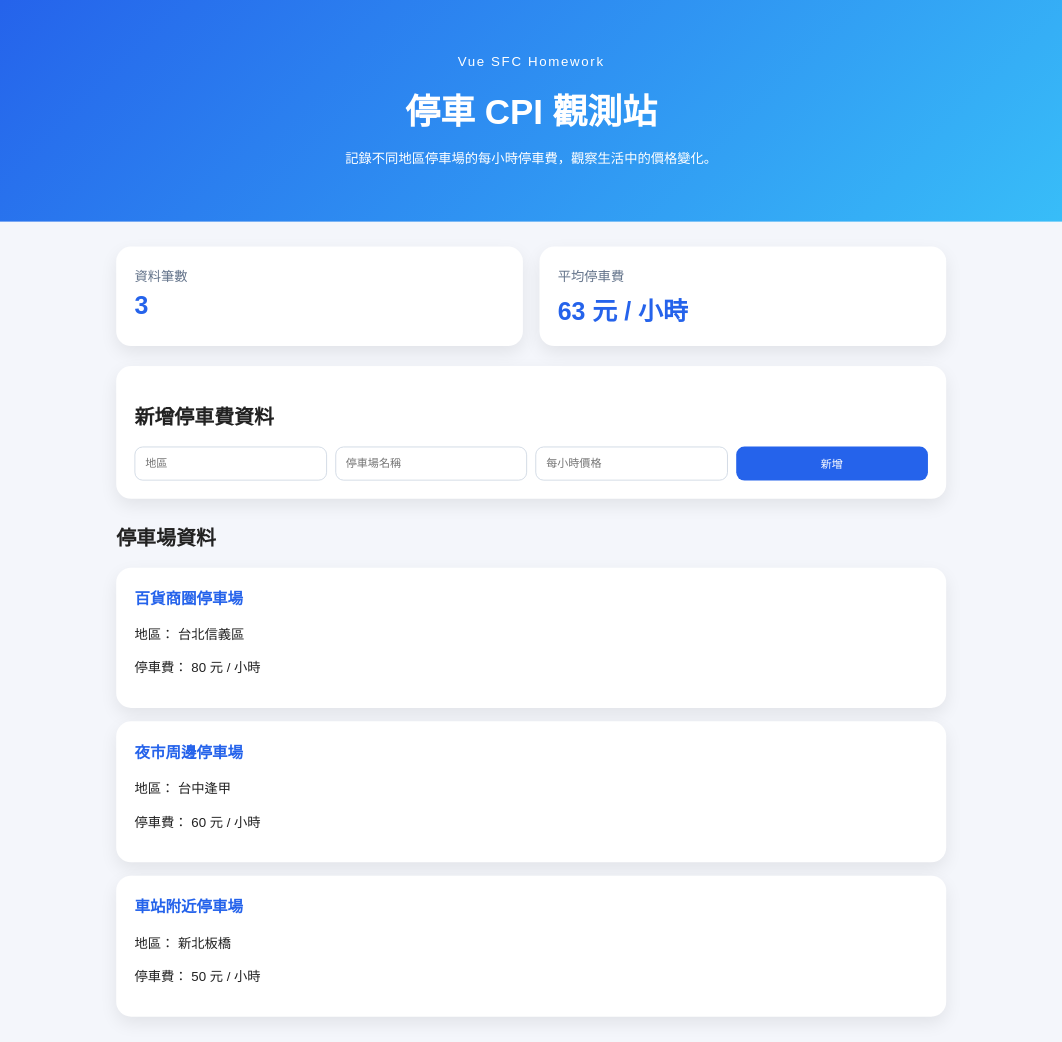
Repository: stewie0901/parking-cpi
Page: /
The author's editor kept a copy of each file at every save. The page is drawn from the files as they stood at one save, then again after the next save.
The browser window is 1280 px wide. The pictures show the whole page, at 83% of full size.
The project was rebuilt for these pictures with package versions that can differ from the ones it lists, and the page was loaded fresh each time. Also part of the build but not shown: vite.config.js.

Above is the page before, as saved 2026-06-04 15:05:38.

### index.html
<!doctype html>
<html lang="en">
  <head>
    <meta charset="UTF-8" />
    <link rel="icon" type="image/svg+xml" href="/favicon.svg" />
    <meta name="viewport" content="width=device-width, initial-scale=1.0" />
    <title>parking-cpi</title>
  </head>
  <body>
    <div id="app"></div>
    <script type="module" src="/src/main.js"></script>
  </body>
</html>

### src/style.css
body {
  margin: 0;
  font-family: "Microsoft JhengHei", Arial, sans-serif;
  background: #f4f6fb;
  color: #222;
}

.hero {
  text-align: center;
  padding: 50px 20px;
  background: linear-gradient(135deg, #2563eb, #38bdf8);
  color: white;
}

.hero h1 {
  font-size: 42px;
  margin: 10px 0;
}

.tag {
  letter-spacing: 2px;
}

.container {
  width: min(1000px, 92%);
  margin: 30px auto;
}

.summary {
  display: flex;
  gap: 20px;
  margin-bottom: 24px;
}

.summary div,
.form-box,
.card {
  background: white;
  border-radius: 18px;
  padding: 22px;
  box-shadow: 0 8px 20px rgba(0, 0, 0, 0.08);
}

.summary div {
  flex: 1;
}

.summary p {
  color: #64748b;
  margin: 0 0 8px;
}

.summary strong {
  font-size: 30px;
  color: #2563eb;
}

.form-box {
  margin-bottom: 28px;
}

form {
  display: grid;
  grid-template-columns: repeat(4, 1fr);
  gap: 10px;
}

input {
  padding: 12px;
  border: 1px solid #cbd5e1;
  border-radius: 10px;
}

button {
  border: none;
  border-radius: 10px;
  background: #2563eb;
  color: white;
  cursor: pointer;
}

button:hover {
  background: #1d4ed8;
}

.card {
  margin-bottom: 16px;
}

.card h3 {
  margin-top: 0;
  color: #2563eb;
}

@media (max-width: 700px) {
  .summary,
  form {
    flex-direction: column;
    display: flex;
  }
}

### src/App.vue
<script setup>
import { ref, computed } from 'vue'
import HeaderBanner from './components/HeaderBanner.vue'
import SummaryBox from './components/SummaryBox.vue'
import PriceCard from './components/PriceCard.vue'
import PriceForm from './components/PriceForm.vue'

const parkingList = ref([
  { id: 1, area: '台北信義區', place: '百貨商圈停車場', price: 80 },
  { id: 2, area: '台中逢甲', place: '夜市周邊停車場', price: 60 },
  { id: 3, area: '新北板橋', place: '車站附近停車場', price: 50 }
])

const averagePrice = computed(() => {
  const total = parkingList.value.reduce((sum, item) => sum + item.price, 0)
  return Math.round(total / parkingList.value.length)
})

function addParking(newParking) {
  parkingList.value.push(newParking)
}
</script>

<template>
  <HeaderBanner />

  <main class="container">
    <SummaryBox
      :total-count="parkingList.length"
      :average-price="averagePrice"
    />

    <PriceForm @add-parking="addParking" />

    <h2>停車場資料</h2>

    <PriceCard
      v-for="item in parkingList"
      :key="item.id"
      :parking="item"
    />
  </main>
</template>

### src/components/HeaderBanner.vue
<template>
  <header class="hero">
    <p class="tag">Vue SFC Homework</p>
    <h1>停車 CPI 觀測站</h1>
    <p>
      記錄不同地區停車場的每小時停車費，觀察生活中的價格變化。
    </p>
  </header>
</template>

### src/components/SummaryBox.vue
<script setup>
defineProps({
  totalCount: Number,
  averagePrice: Number
})
</script>

<template>
  <section class="summary">
    <div>
      <p>資料筆數</p>
      <strong>{{ totalCount }}</strong>
    </div>

    <div>
      <p>平均停車費</p>
      <strong>{{ averagePrice }} 元 / 小時</strong>
    </div>
  </section>
</template>

### src/components/PriceCard.vue
<script setup>
defineProps({
  parking: Object
})
</script>

<template>
  <div class="card">
    <h3>{{ parking.place }}</h3>

    <p>
      地區：
      {{ parking.area }}
    </p>

    <p>
      停車費：
      {{ parking.price }} 元 / 小時
    </p>
  </div>
</template>

### src/components/PriceForm.vue
<script setup>
import { ref } from 'vue'

const emit = defineEmits(['add-parking'])

const area = ref('')
const place = ref('')
const price = ref('')

function submitForm() {
  if (!area.value || !place.value || !price.value) {
    alert('請填完整資料')
    return
  }

  emit('add-parking', {
    id: Date.now(),
    area: area.value,
    place: place.value,
    price: Number(price.value)
  })

  area.value = ''
  place.value = ''
  price.value = ''
}
</script>

<template>
  <section class="form-box">
    <h2>新增停車費資料</h2>

    <form @submit.prevent="submitForm">
      <input v-model="area" type="text" placeholder="地區" />
      <input v-model="place" type="text" placeholder="停車場名稱" />
      <input v-model="price" type="number" placeholder="每小時價格" />

      <button type="submit">新增</button>
    </form>
  </section>
</template>

### src/components/FooterInfo.vue
<template>
  <footer class="footer">
    <p>
      停車 CPI 觀測站 | Vue SFC Homework
    </p>

    <p>
      作者：黃子薇
    </p>
  </footer>
</template>

Loaded but not shown: src/main.js (common file)

After the next save:
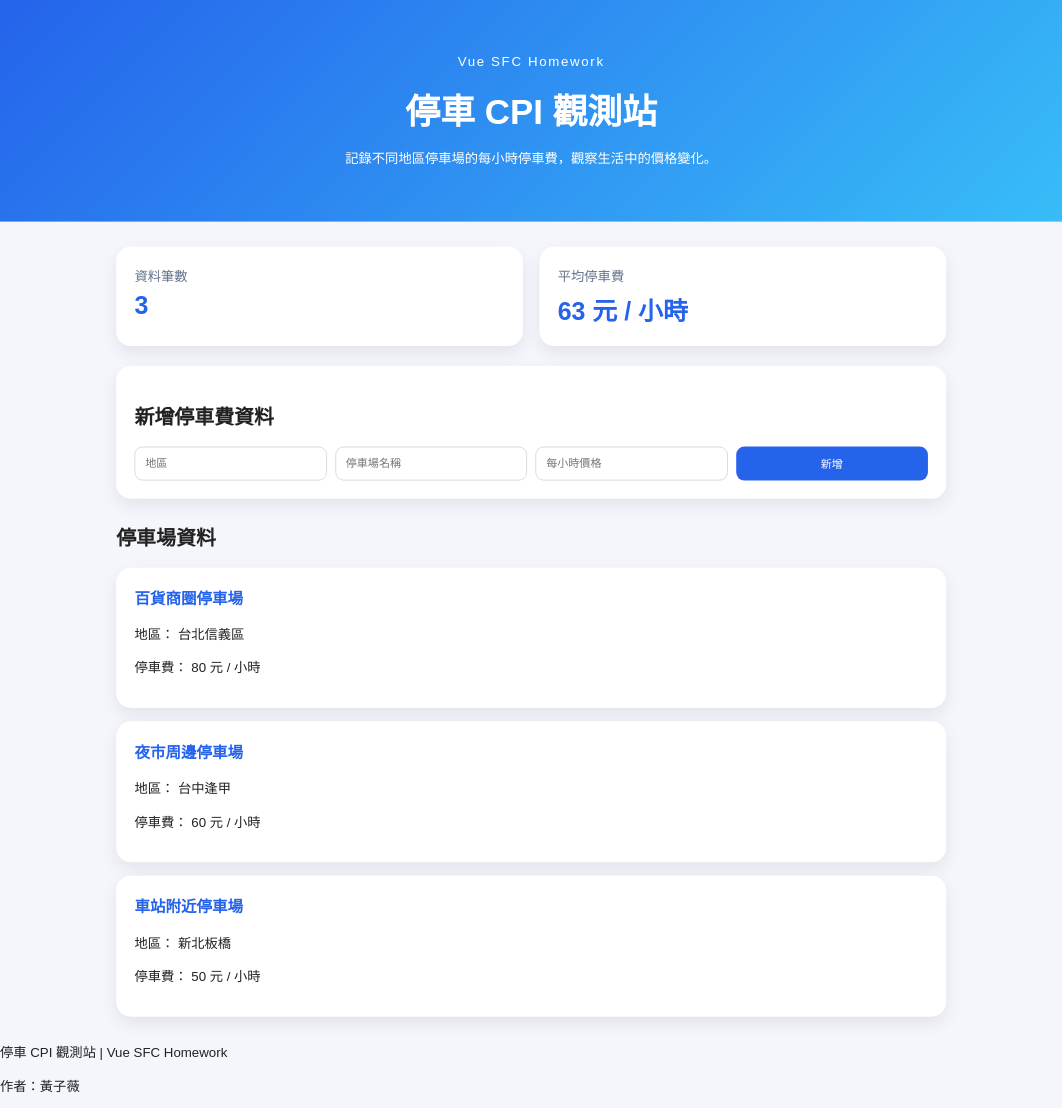
Saved 40 s later.
--- a/src/App.vue
+++ b/src/App.vue
@@ -4,6 +4,7 @@ import HeaderBanner from './components/HeaderBanner.vue'
 import SummaryBox from './components/SummaryBox.vue'
 import PriceCard from './components/PriceCard.vue'
 import PriceForm from './components/PriceForm.vue'
+import FooterInfo from './components/FooterInfo.vue'
 
 const parkingList = ref([
   { id: 1, area: '台北信義區', place: '百貨商圈停車場', price: 80 },
@@ -40,4 +41,6 @@ function addParking(newParking) {
       :parking="item"
     />
   </main>
+
+  <FooterInfo />
 </template>
